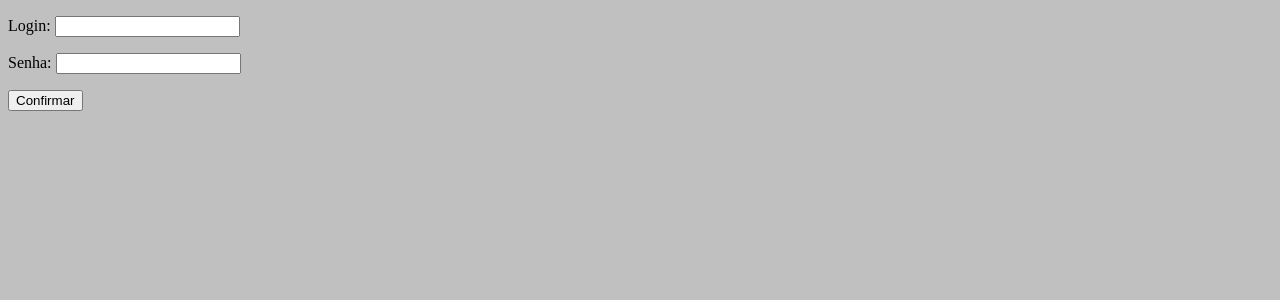
Repository: SullyvanMoura/Arquitetura-de-Software-2022.2
Page: primeiros_testes_web/primeiroprojeto/src/main/webapp/login.html
The author's editor kept a copy of each file at every save. The page is drawn from the files as they stood at one save, then again after the next save.
The browser window is 1280 px wide. The pictures show the whole page.

Above is the page before, as saved 2022-11-18 15:46:57.

### primeiros_testes_web/primeiroprojeto/src/main/webapp/login.html
<!DOCTYPE html>
<html>
<head>
<meta charset="ISO-8859-1">
<title>Login</title>
</head>
<body style='background-color: silver;'>

<form action="./welcome.html" method= 'get'>

	<p> Login: <input type="text" name="login"> </p>
	<p> Senha: <input type='password' name='senha'> </p>

	<input type='submit' value='Confirmar'>

</form>

</body>
</html>

After the next save:
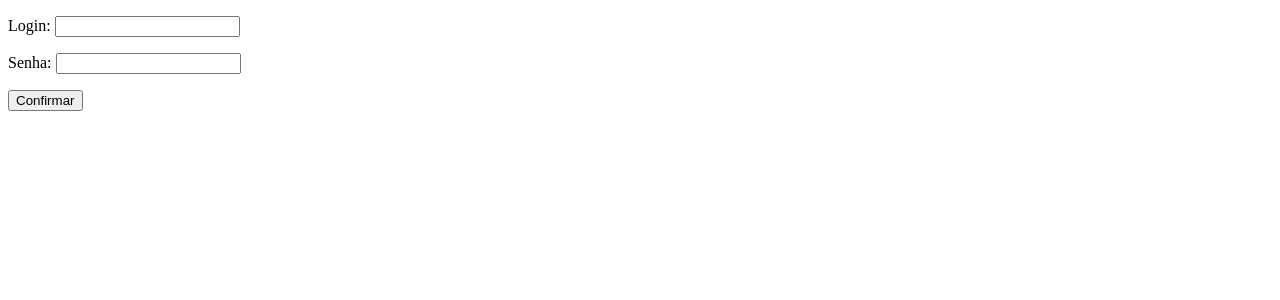
Saved 85 s later.
--- a/primeiros_testes_web/primeiroprojeto/src/main/webapp/login.html
+++ b/primeiros_testes_web/primeiroprojeto/src/main/webapp/login.html
@@ -3,8 +3,15 @@
 <head>
 <meta charset="ISO-8859-1">
 <title>Login</title>
+
+	<style type="text/css">
+
+background-color: silver
+
+</style>
+
 </head>
-<body style='background-color: silver;'>
+<body>
 
 <form action="./welcome.html" method= 'get'>
 

After the 3 saves that followed:
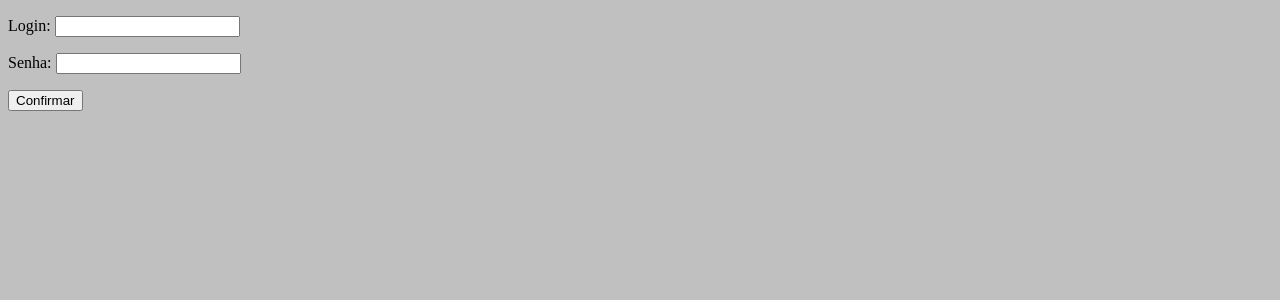
The 3 saves are shown as one change because 1 left the picture as it was and some came seconds apart.
The last was saved 73 s later.
--- a/primeiros_testes_web/primeiroprojeto/src/main/webapp/login.html
+++ b/primeiros_testes_web/primeiroprojeto/src/main/webapp/login.html
@@ -1,26 +1,24 @@
 <!DOCTYPE html>
 <html>
-<head>
-<meta charset="ISO-8859-1">
-<title>Login</title>
+	<head>
+		<meta charset="ISO-8859-1">
+		<title>Login</title>
 
-	<style type="text/css">
+		<style type="text/css">
+			body{background-color: silver;}
+		</style>
 
-background-color: silver
+	</head>
+	<body>
 
-</style>
+	<form action="./welcome.html" method= 'get'>
 
-</head>
-<body>
+		<p> Login: <input type="text" name="login"> </p>
+		<p> Senha: <input type='password' name='senha'> </p>
 
-<form action="./welcome.html" method= 'get'>
+		<input type='submit' value='Confirmar'>
 
-	<p> Login: <input type="text" name="login"> </p>
-	<p> Senha: <input type='password' name='senha'> </p>
+	</form>
 
-	<input type='submit' value='Confirmar'>
-
-</form>
-
-</body>
+	</body>
 </html>
